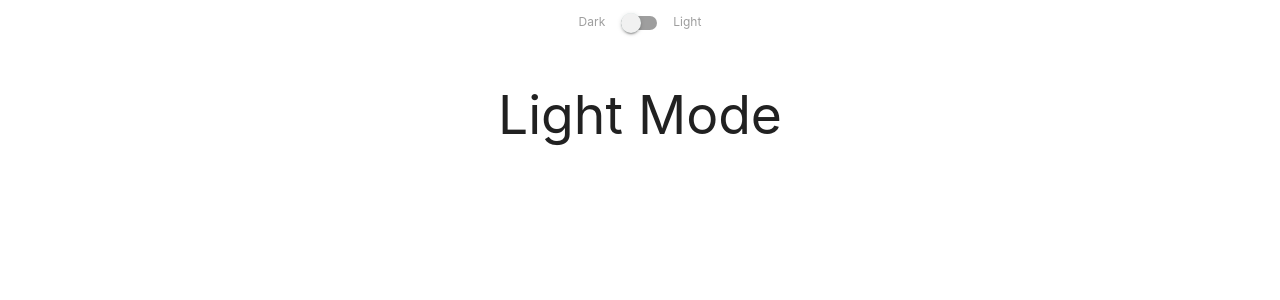
Repository: imrvj/Dark-Light-Mode
Page: /
An editor plug-in stored every save of this project. The page is shown before and after the next save, followed by the edit.
The browser window is 1280 px wide. The pictures show the whole page.
The project was rebuilt for these pictures with package versions that can differ from the ones it lists, and the page was loaded fresh each time.

Above is the page before, as saved 2020-02-20 12:57:42.

After the next save:
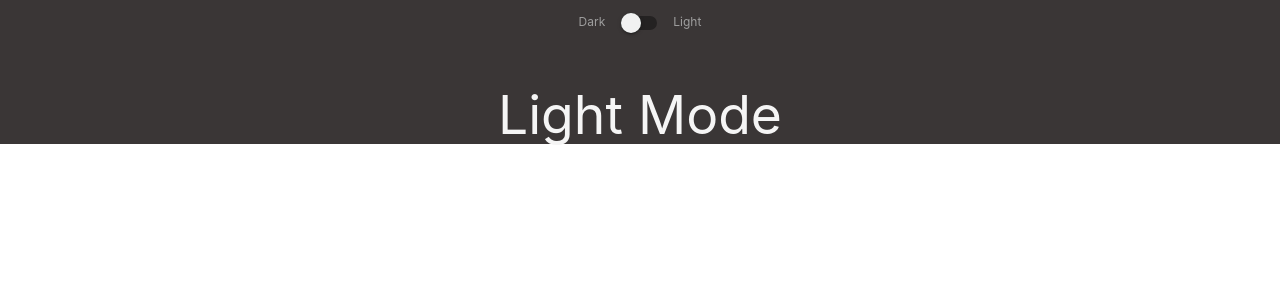
Saved 24 s later.
--- a/src/App.js
+++ b/src/App.js
@@ -12,7 +12,7 @@ class App extends Component {
 
   render() {
     return (
-      <div>
+      <div className="dark-mode">
               <div className="nav">
               <div className="switch">
           <label>
